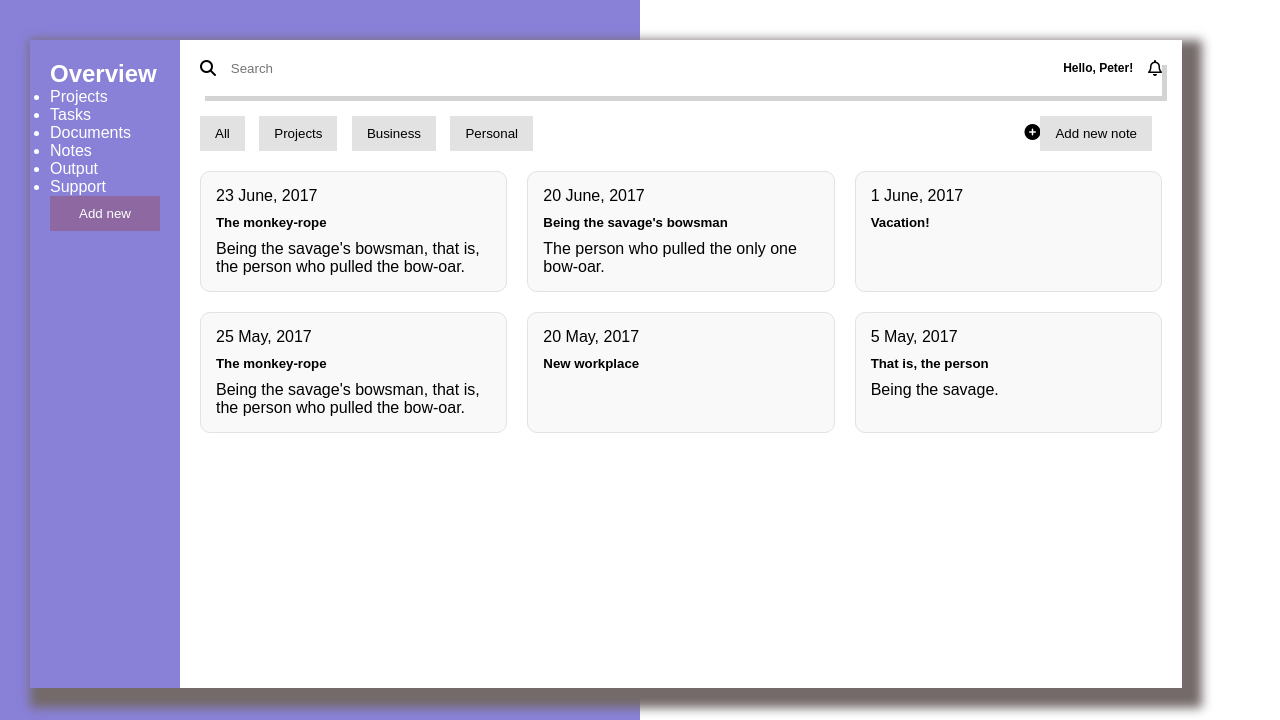
Repository: SatenikGabrielyan/HTML_CSS-_Assignment
Page: index.html
These files come from the project's save history. The page is drawn as it stood at one moment and after the next save; the edit follows.
The browser window is 1280 px wide. The pictures show the whole page.
Some web libraries are served in a nearby version.

Above is the page before, as saved 2025-03-17 23:12:55.

### index.html
<!DOCTYPE html>
<html lang="en">
  <head>
    <meta charset="UTF-8" />
    <meta name="viewport" content="width=device-width, initial-scale=1.0" />
    <title>Notes App</title>
    <link rel="stylesheet" href="./style.css" />
    <script src="https://kit.fontawesome.com/858d305f19.js" crossorigin="anonymous"></script>
</head>
  <body>
      <div class="cont">
          <div class="purp"></div>
          <div class="whit"></div>
      </div>
    <div class="container">
      <aside class="sidebar">
        <header>
            <h2>Overview</h2>
        </header>
        <nav>
            <ul>
                <li>Projects</li>
                <li>Tasks</li>
                <li>Documents</li>
                <li>Notes</li>
                <li>Output</li>
                <li>Support</li>
            </ul>
        </nav>
        <button class="add-new">Add new</button>
    </aside>

    <main class="main-content">
       <div class="header">
            <i class="fas fa-search"></i>  <input type="text" placeholder="Search">
            <h3>Hello, Peter!</h3> <i class="fa-regular fa-bell"></i>
    </div>
    <div class="proj">
        <div class="but">
        <div class="tabs">
            <button id="all">All</button>
            <button>Projects</button>
            <button>Business</button>
            <button>Personal</button>
        </div>
        <div >
            <i class="fa-solid fa-circle-plus"></i><button class="add tabs">Add new note</button>
        </div>
    </div>
        <div class="notes-grid">
            <div class="note-card">
                <h4>23 June, 2017</h4>
                <h5>The monkey-rope</h5>
                <p>Being the savage's bowsman, that is, the person who pulled the bow-oar.</p>
            </div>
            <div class="note-card">
                <h4>20 June, 2017</h4>
                <h5>Being the savage's bowsman</h5>
                <p>The person who pulled the only one bow-oar.</p>
            </div>
            <div class="note-card">
                <h4>1 June, 2017</h4>
                <h5>Vacation!</h5>
            </div>
            <div class="note-card">
                <h4>25 May, 2017</h4>
                <h5>The monkey-rope</h5>
                <p>Being the savage's bowsman, that is, the person who pulled the bow-oar.</p>
            </div>
            <div class="note-card">
                <h4>20 May, 2017</h4>
                <h5>New workplace</h5>
            </div>
            <div class="note-card">
                <h4>5 May, 2017</h4>
                <h5>That is, the person</h5>
                <p>Being the savage.</p>
            </div>
        </div>
    </div>
    </main>

    </div>

  </body>
</html>

### style.css
/* CSS Variables for Colors */
:root {
    --bg-color: #fbfbfb;
    --primary-color: #8981d8;
    --secondary-color: #d0d0d0;
    --text-color: #858499;
    --highlight-color: #7f77cc;
    --hover-color: rgba(137, 129, 216, 0.5);
  }


  * {
    margin: 0;
    padding: 0;
    box-sizing: border-box;
  }

  body {
    font-family: Arial, sans-serif;
    /* background-color: var(--bg-color); */
    display: flex;
    height: 100vh;
  }
  /* .wrapper{
    position: relative;
  } */

  .cont{
      display: flex;
      width: 100%;
      position: relative;
      z-index: -1;
      border-radius: 10px;
  }
.purp {
    width: 50%;
    background-color: var(--primary-color);
    flex-direction: row;
}
.whit {
    width: 50%;
    /* background-color: lightgray; */
    flex-direction: row;
}
  .container {
    display: flex;
    width: 90%;
    height: 90%;

    box-shadow: 10px 10px 10px 10px rgb(116, 106, 106);
    margin-left: 30px;
    margin-right: 30px;
    margin-top: 40px;
    margin-bottom: 80px;
    background: center;
    position: absolute;
    z-index: 2;
  }

   .sidebar {
    width: 150px;
    background-color: var(--primary-color);
    color: #fff;
    display: flex;
    flex-direction: column;
    padding: 20px;
  }

  .main-content li {
    float: left;
  }

  .main-content li a {
    display: block;
    color: white;
    text-align: center;
    padding: 14px 16px;
    text-decoration: none;
  }

  .main-content li a:hover:not(.active) {
    background-color: #111;
  }

  .sidebar-header h2 {
    margin-bottom: 20px;
  }

  .sidebar-list {
    list-style: none;
  }

  .sidebar-list li {
    margin: 15px 0;
    display: flex;
    align-items: center;
    cursor: pointer;
  }

  .sidebar-list li i {
    margin-right: 10px;
  }

  .main-content {
    background-color: white;
    /* width: 200px; */
    flex-grow: 1;
    /* flex: 1; */
    /* padding-top: 20px; */
     padding: 20px;
    /* overflow-y: auto;  */
  }

   /* header {
    display: flex;
    justify-content: space-between;
    align-items: center;
    margin-bottom: 20px;
  } */

  /*
  .header-left p {
    font-size: 1.2em;
    color: var(--text-color);
  }

  .header-right {
    display: flex;
    align-items: center;
  }

  .header-right i {
    margin-right: 20px;
    cursor: pointer;
  }

  .add-note-btn {
    background-color: var(--primary-color);
    color: #fff;
    border: none;
    padding: 10px 20px;
    cursor: pointer;
    display: flex;
    align-items: center;
  }

  .add-note-btn i {
    margin-right: 10px;
  }


  .notes-grid {
    display: grid;
    grid-template-columns: repeat(auto-fill, minmax(300px, 1fr));
    gap: 20px;
  }

  .note-item {
    background-color: #fff;
    border-radius: 8px;
    box-shadow: 0 2px 4px rgba(0, 0, 0, 0.1);
    overflow: hidden;
    display: flex;
    flex-direction: column;
    padding: 20px;
  }

  .note-item img {
    width: 100%;
    height: auto;
    border-radius: 8px;
    margin-bottom: 15px;
  }

  .note-item p {
    color: var(--text-color);
    font-size: 1em;
    line-height: 1.5;
  }


  .sidebar-list li:hover {
    background-color: var(--highlight-color);
    transition: background-color 0.3s ease;
  }


  @media (max-width: 768px) {
    .container {
      flex-direction: column;
    }

    .sidebar {
      width: 100%;
      flex-direction: row;
      justify-content: space-around;
      padding: 10px;
    }

    .sidebar-list {
      display: flex;
      flex-direction: row;
      gap: 15px;
    }

    .sidebar-list li {
      margin: 0;
    }

    .main-content {
      padding: 10px;
    }

    header {
      flex-direction: column;
      align-items: flex-start;
    }

    .header-right {
      margin-top: 10px;
    }

    .notes-grid {
      grid-template-columns: 1fr;
    }

    .note-item {
      padding: 10px;
    }

    .note-item img {
      margin-bottom: 10px;
    }
  } */
  /* .sidebar {
    background-color: #5e4b9a;
    color: white;
    width: 300px;
    padding: 20px;
} */

/* .sidebar header {
    font-size: 24px;
}

.sidebar nav ul {
    list-style: none;
    padding: 0;
}

.sidebar nav ul li {
    margin: 15px 0;
} */

.add-new {
    background-color: #8e68a0;
    color: white;
    border: none;
    padding: 10px;
    cursor: pointer;
}



.header {
    display: flex;
    width: 100%;
    justify-content: space-between;
    align-items: center;
    background-color: white;
    box-shadow: 5px  5px lightgrey;
    padding-bottom: 20px;
}

.header input {
    border: none;
    margin: 0;
    width: 85%;
}

.header h3 {
    margin: 0;
    font-size: 12px;
    /* color: lightgrey; */
}

.tabs {
    margin: 20px 0;
}
/* .proj {
    background-color: lightgrey;
} */
.tabs button {
    margin-right: 10px;
    padding: 10px 15px;
    border: none;
    background-color: #e2e2e2;
    cursor: pointer;
}

.notes-grid {
    display: grid;
    grid-template-columns: repeat(auto-fill, minmax(240px, 1fr));
    gap: 20px;
}
.but{
    display: flex;
    flex-direction: row;
    justify-content: space-between;
}
.add {
    margin-right: 10px;
    padding: 10px 15px;
    border: none;
    background-color: #e2e2e2;
    cursor: pointer;

}

.note-card {
    border: 1px solid #e2e2e2;
    border-radius: 10px;
    padding: 15px;
    background-color: #f9f9f9;
}

.note-card h4 {
    margin: 0;
    font-weight: normal;
}

.note-card h5 {
    margin: 10px 0;
}

After the next save:
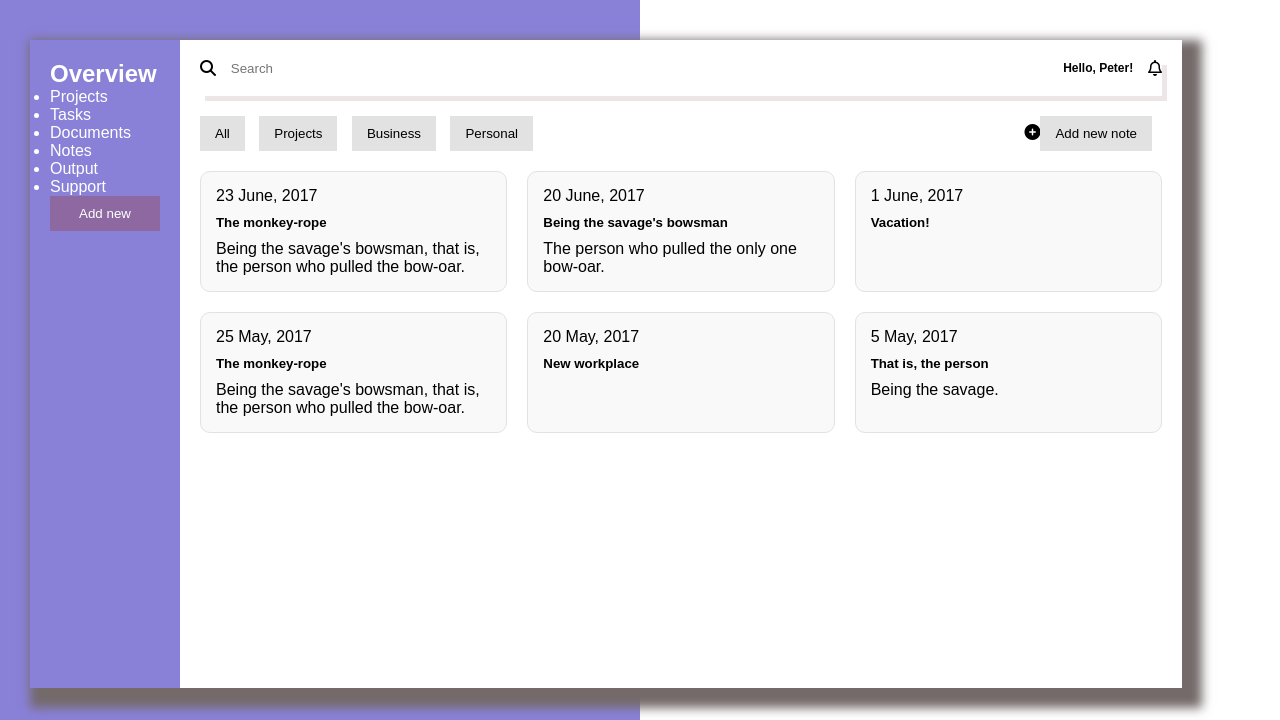
Saved 24 s later.
--- a/style.css
+++ b/style.css
@@ -268,7 +268,7 @@
     justify-content: space-between;
     align-items: center;
     background-color: white;
-    box-shadow: 5px  5px lightgrey;
+    box-shadow: 5px  5px rgb(237, 230, 230);
     padding-bottom: 20px;
 }
 
